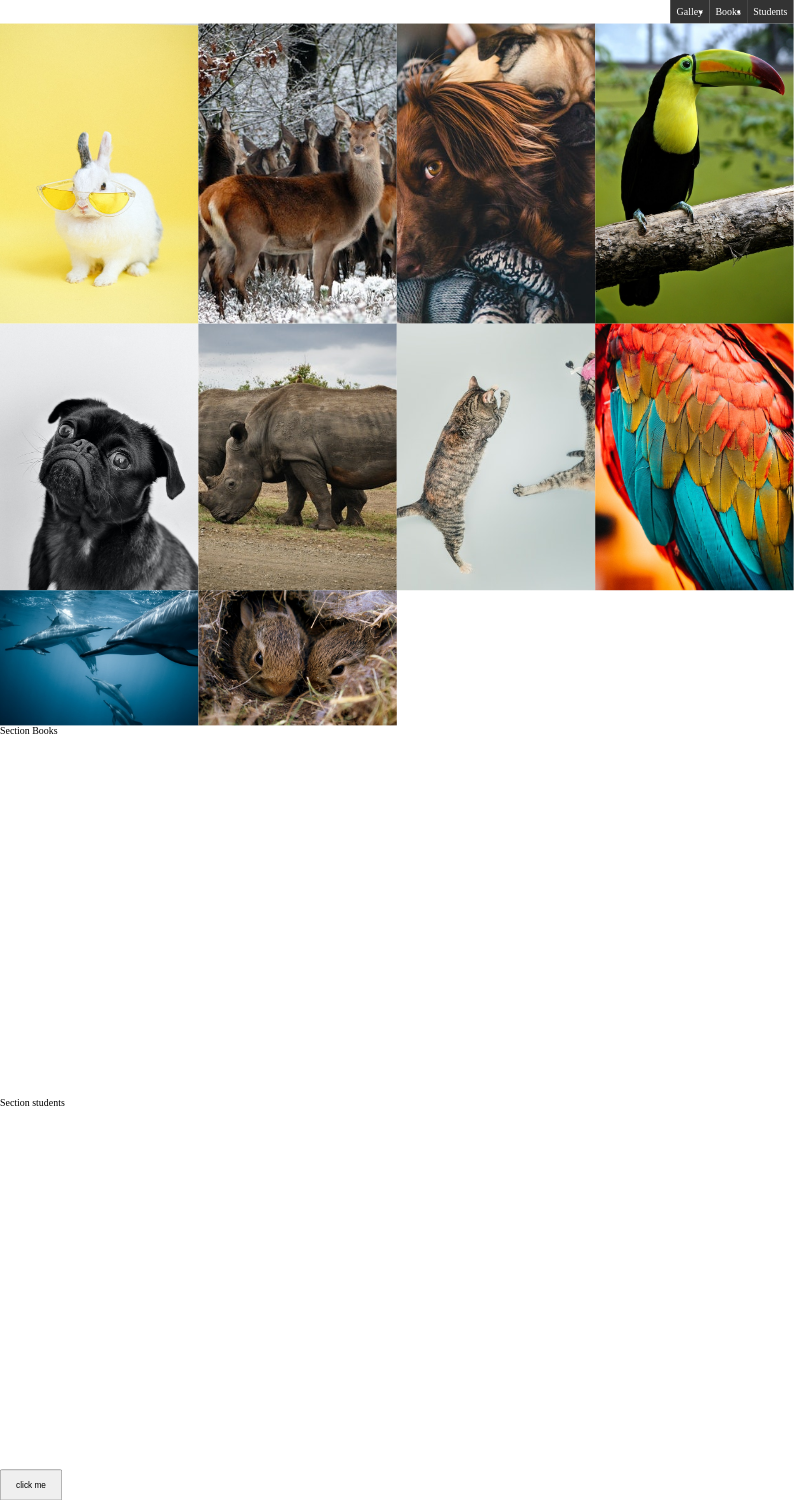
Repository: kuluong2000/homework-js-luongth
Page: homework-bai4/index.html
An editor plug-in stored every save of this project. The page is shown before and after the next save, followed by the edit.
The browser window is 1280 px wide. The pictures show the whole page, at 62% of full size.

Above is the page before, as saved 2021-10-15 21:48:52.

### homework-bai4/index.html
<!DOCTYPE html>
<html lang="en">
  <head>
    <meta charset="UTF-8" />
    <meta name="viewport" content="width=device-width, initial-scale=1.0" />
    <link rel="stylesheet" href="style.css" />
    <title>Project #2 - Image Gallery Pop up</title>
  </head>
  <body>
    <div class="menu">
      <div class="menu-nav">
        <ul>
          <!-- Có thể dùng href="#id" và scroll-behavior: smooth; trong css -->
          <!-- Nhưng nhớ làm = JS nha -->
          <li><a class="nav-link" attr-id="gallery">Galley</a></li>
          <li><a class="nav-link" attr-id="books">Books</a></li>
          <li><a class="nav-link" attr-id="students">Students</a></li>
        </ul>
      </div>
    </div>
    <section id="gallery" class="gallery">
      <!-- Image 1 -->
      <div class="img-container">
        <img src="img/small/pexels-anna-shvets-4588065.jpg" alt="1" />
      </div>

      <!-- Image 2 -->
      <div class="img-container">
        <img src="img/small/pexels-anthony-139639.jpg" alt="2" />
      </div>

      <!-- Image 3 -->
      <div class="img-container">
        <img src="img/small/pexels-burst-374825.jpg" alt="3" />
      </div>

      <!-- Image 4 -->
      <div class="img-container">
        <img src="img/small/pexels-carlos-spitzer-17811.jpg" alt="4" />
      </div>

      <!-- Image 5 -->
      <div class="img-container">
        <img src="img/small/pexels-charles-1851164.jpg" alt="5" />
      </div>

      <!-- Image 6 -->
      <div class="img-container">
        <img src="img/small/pexels-frans-van-heerden-631292.jpg" alt="6" />
      </div>

      <!-- Image 7 -->
      <div class="img-container">
        <img src="img/small/pexels-gratisography-4602.jpg" alt="7" />
      </div>

      <!-- Image 8 -->
      <div class="img-container">
        <img src="img/small/pexels-jan-kopřiva-3614358.jpg" alt="8" />
      </div>

      <!-- Image 9 -->
      <div class="img-container">
        <img src="img/small/pexels-jeremy-bishop-2422915.jpg" alt="9" />
      </div>
      <!-- Image 10 -->
      <div class="img-container">
        <img src="img/small/pexels-jim-long-949859.jpg" alt="10" />
      </div>
    </section>
    <div id="books" class="section-default">Section Books</div>

    <div id="students" class="section-default">Section students</div>
    <section class="color">
      <button class="btn-color">click me</button>
    </section>
    <!-- modal -->
    <div class="modal" id="modal-1">
      <img src="img/full/1.jpg" alt="" class="full-img" />
    </div>

    <script src="app.js"></script>
  </body>
</html>

### homework-bai4/style.css
html {
  scroll-behavior: smooth;
}
* {
  margin: 0;
  padding: 0;
  box-sizing: border-box;
}

.gallery {
  display: grid;
  grid-template-columns: repeat(auto-fit, minmax(300px, 1fr));
}

.img-container img {
  width: 100%;
  height: 100%;
  object-fit: cover;
  cursor: pointer;
}

.modal {
  background-color: rgba(53, 194, 18, 0.384);
  position: fixed;
  top: 0;
  left: 0;
  height: 100%;
  width: 100%;
  opacity: 0;
  pointer-events: none;
  transition: all 0.3s ease-in-out;
}

.full-img {
  position: absolute;
  height: 85%;
  top: 50%;
  left: 50%;
  transform: translate(-50%, -50%) scale(0.5);
  transition: all 0.3s ease-in-out;
}

/* Dynamic Classes */
.full-img.open {
  transform: translate(-50%, -50%) scale(1);
}

.modal.open {
  opacity: 1;
  pointer-events: all;
}

.section-default {
  height: 600px;
  width: 100%;
}

.menu-nav ul {
  display: flex;
  justify-content: flex-end;
}

.menu-nav ul li {
  padding: 10px;
  background: #333333;
  color: #ffffff;
}
.nav-link {
  cursor: pointer;
}
.btn-color {
  width: 100px;
  height: 50px;
}

### homework-bai4/app.js
// BOM: window, location, screen, history

// const modal = document.getElementsByClassName('modal')[0]
// console.log(modal)
// // const imageModal = document.getElementsByClassName('full-img')[0]
// // console.log(imageModal)
// const imageModal = document.querySelector('.full-img')
// console.log(imageModal)

// // Tạo sự kiện click, doi url image va show popup
// // .addEventListener()
// const listImage = document.querySelectorAll('.img-container img')
// console.log(listImage)

// listImage.forEach(element => {
//     element.addEventListener('click', function() {
//         // Open modal
//         modal.classList.add('open')
//         const attrImg = element.getAttribute('alt')
//         // Set new url image
//         imageModal.src = '/img/full/'+attrImg+'.jpg'
//     })
// });

// modal.addEventListener('click',(e) => {
//     if(e.target.classList.contains("modal")) {
//         modal.classList.remove("open");
//     };
// });

// // Demo, làm tiếp yêu cầu scroll
// const elmntToView = document.getElementById("books");
// elmntToView.onclick(function() {
//     elmntToView.scrollIntoView();
// })
let listImage = document.querySelectorAll(".img-container img");
let modal = document.querySelector(".modal");
let modalImg = document.querySelector(".modal img");
listImage.forEach((element) => {
  element.addEventListener("click", () => {
    //   open modal
    modal.classList.add("open");
    //  get attribute of img
    let attrImg = element.getAttribute("src");
    // set attribute of img  for modalImg
    modalImg.setAttribute("src", attrImg);
  });
});
modal.addEventListener("click", (e) => {
  if (e.target.classList.contains("modal")) {
    modal.classList.remove("open");
  }
});

let navLink = document.querySelectorAll(".nav-link");
navLink.forEach((element) => {
  element.addEventListener("click", (e) => {});
});

After the next save:
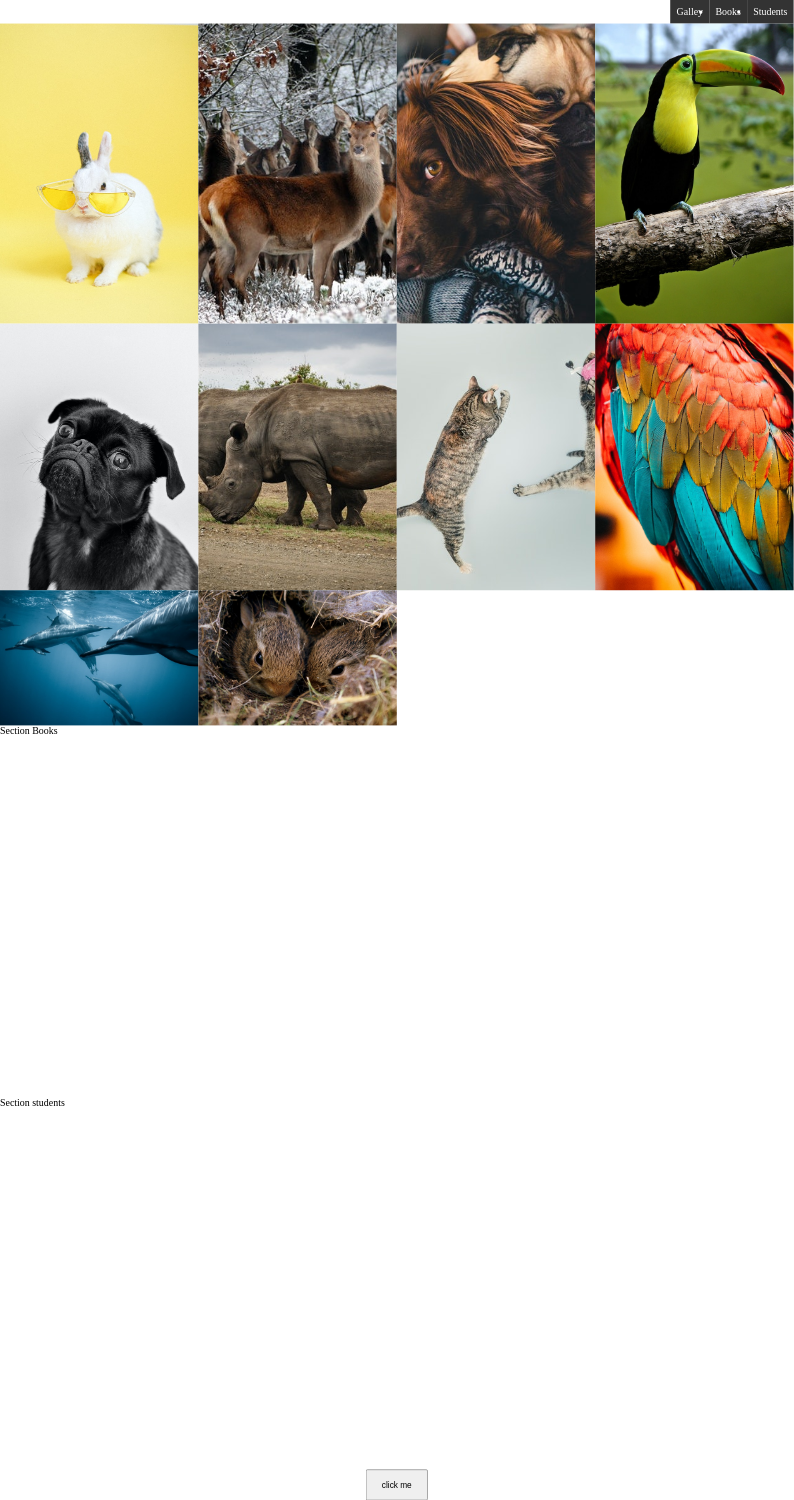
Saved 21 s later.
--- a/homework-bai4/style.css
+++ b/homework-bai4/style.css
@@ -71,4 +71,7 @@ html {
 .btn-color {
   width: 100px;
   height: 50px;
+  outline: none;
+  display: block;
+  margin: 0 auto;
 }
